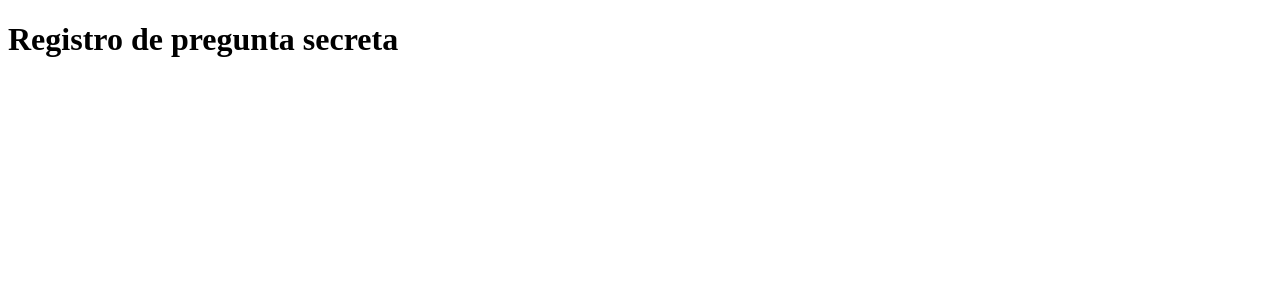
Repository: rusperstinsky/web1
Page: http://localhost/2-JSPServlets/jsp/registroPregunta.jsp
The author's editor kept a copy of each file at every save. The page is drawn from the files as they stood at one save, then again after the next save.
The browser window is 1280 px wide. The pictures show the whole page.
The page is served by Tomcat 9.

Above is the page before, as saved 2017-04-11 16:08:04.

After the next save:
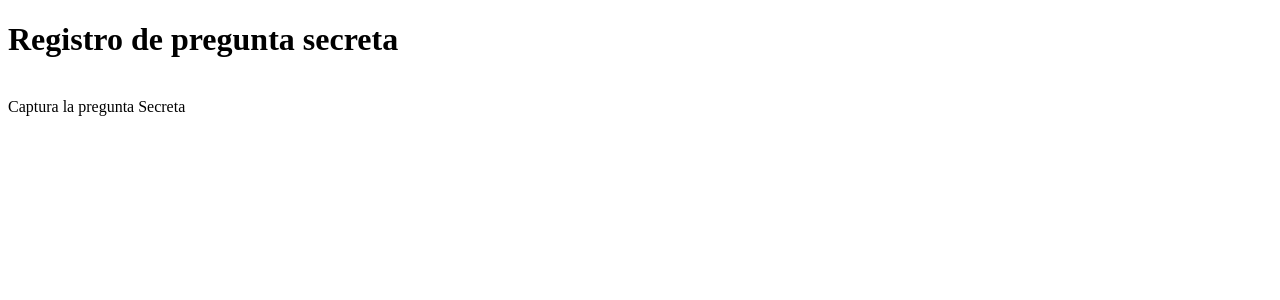
Saved 41 s later.
--- a/2-JSPServlets/WebContent/jsp/registroPregunta.jsp
+++ b/2-JSPServlets/WebContent/jsp/registroPregunta.jsp
@@ -9,5 +9,8 @@
 <body>
 	<h1>Registro de pregunta secreta</h1>
 	<br/>
+	<form action="">
+		Captura la pregunta Secreta
+	</form>
 </body>
 </html>
